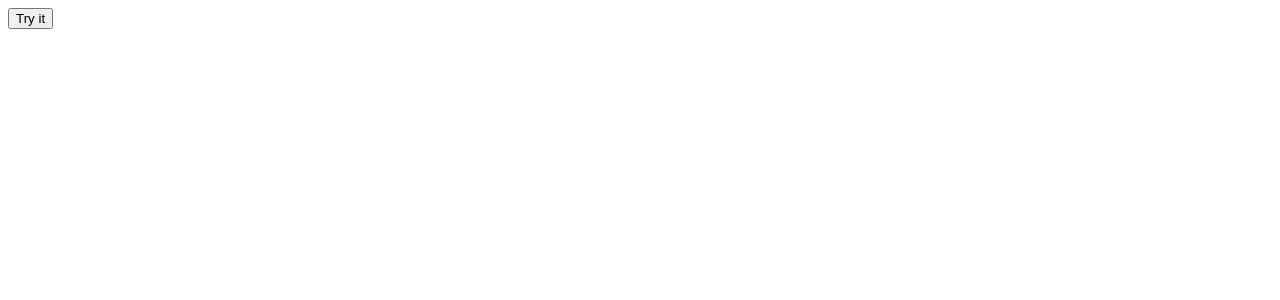
Repository: VladIftime/Peer-review-AL
Page: index.html
The author's editor kept a copy of each file at every save. The page is drawn from the files as they stood at one save, then again after the next save.
The browser window is 1280 px wide. The pictures show the whole page.
After loading, the first visible `button` was clicked once.

Above is the page before, as saved 2021-02-16 23:55:44.
Console error: SyntaxError: Unexpected token '}'

### index.html
<!DOCTYPE html>
<html>
    <body>
        <script src="matching.js">
        </script>
        <button onclick="displayDate()">Try it</button>
        <p id="demo"></p>
    </body>
</html>

### matching.js
function displayDate() {
    document.getElementById("demo").innerHTML =
}

After the next save:
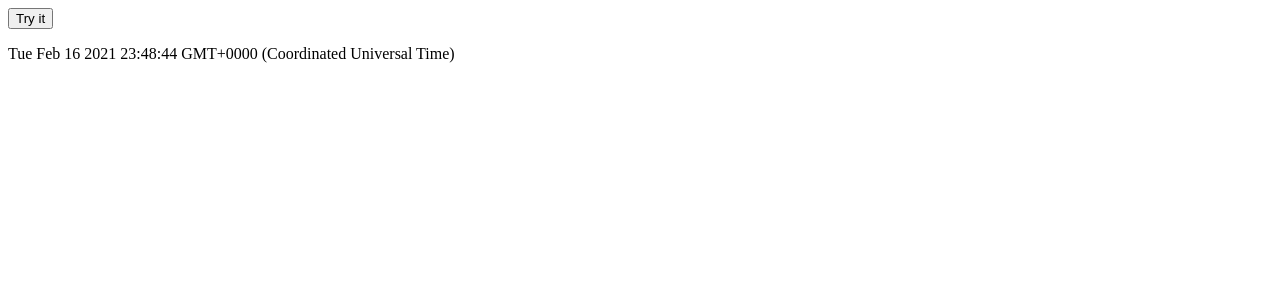
The error is gone.
Saved 4 s later.
--- a/matching.js
+++ b/matching.js
@@ -1,3 +1,3 @@
 function displayDate() {
-    document.getElementById("demo").innerHTML =
+    document.getElementById("demo").innerHTML = Date()
 }
